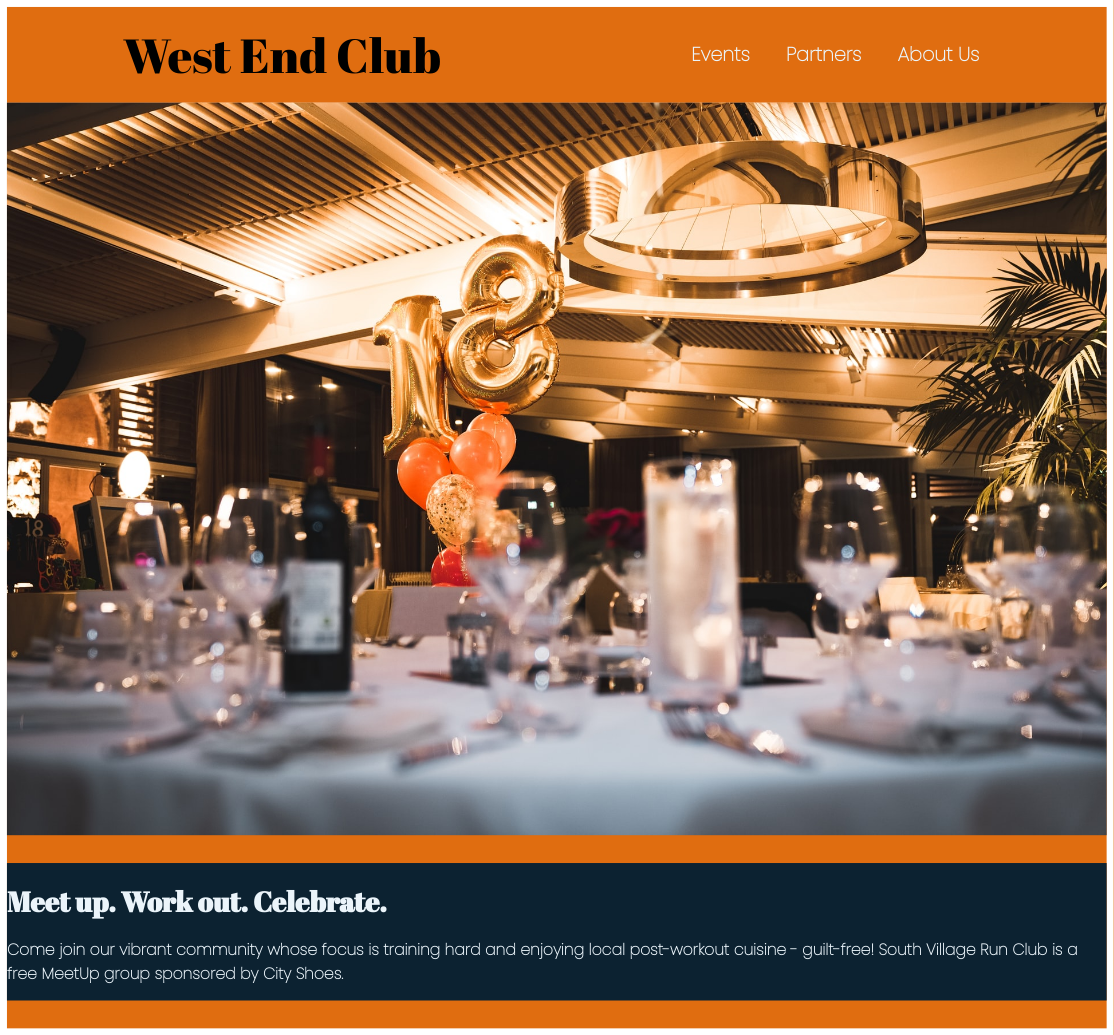
Repository: lastbronx41/lastbronx41.github.io
Page: starting/index.html
The author's editor kept a copy of each file at every save. The page is drawn from the files as they stood at one save, then again after the next save.
The browser window is 1280 px wide. The pictures show the whole page, at 87% of full size.
Some web fonts or font styles are not loaded; a fallback is used.

Above is the page before, as saved 2022-07-19 04:38:32.

After the next save:
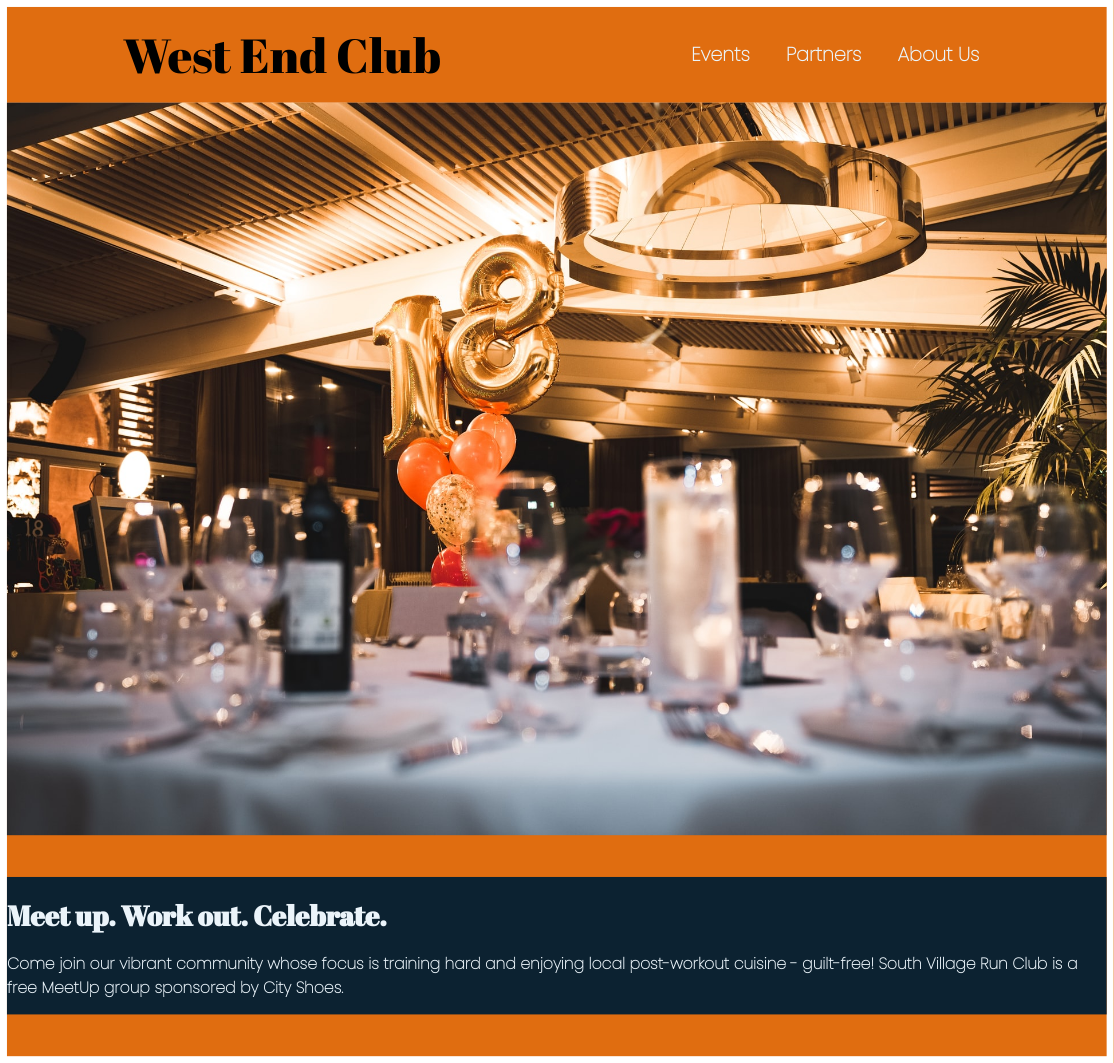
Saved 16 s later.
--- a/starting/styles.css
+++ b/starting/styles.css
@@ -46,7 +46,7 @@
 .main-text {
    background-color: #0C2231;
    color: #EBF4FA;
-   margin: 2rem auto;
+   margin: 3rem auto;
 }
 
 .main-text h1 {
